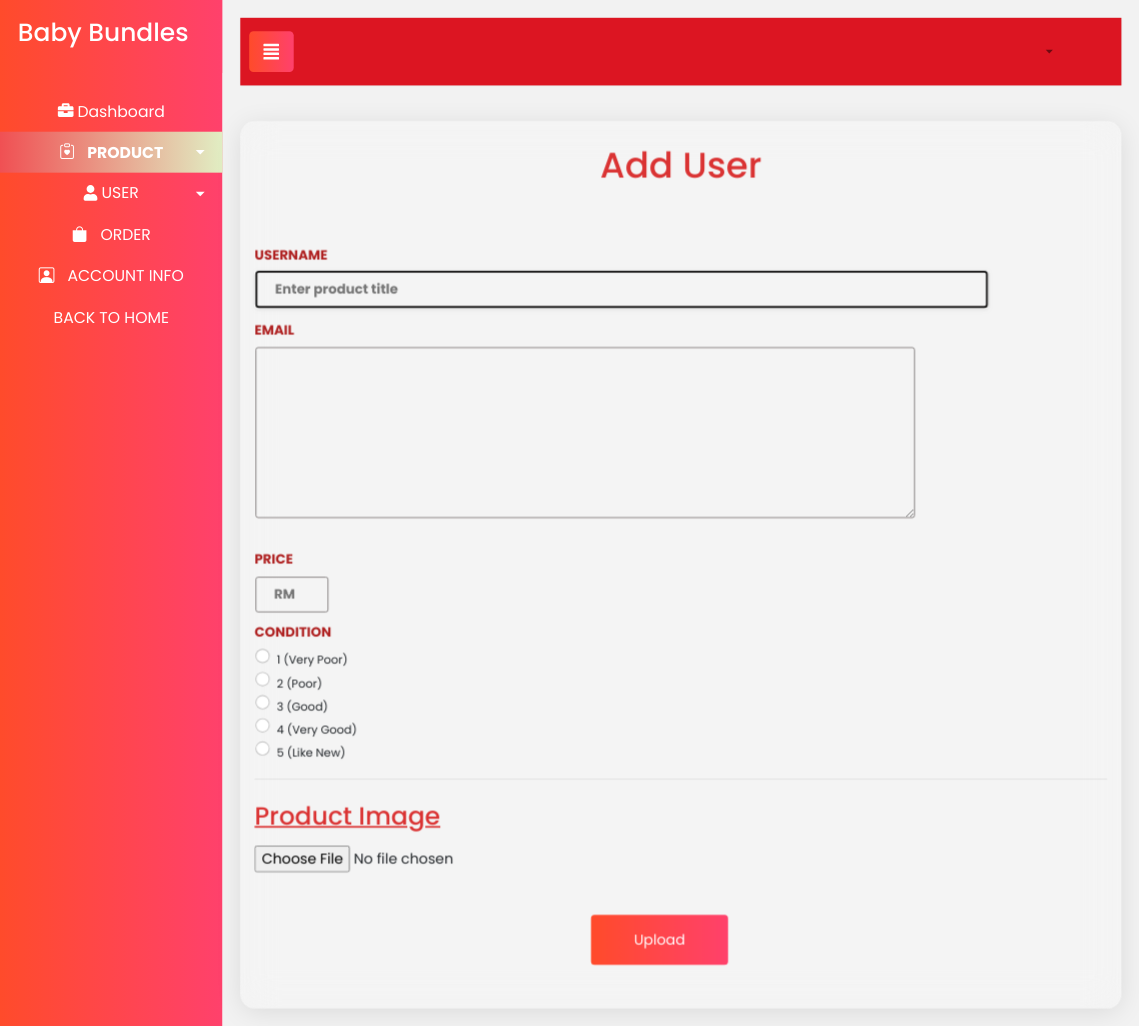
Repository: jiahow99/Baby-Bundles-University
Page: http://localhost/admin-adduser.php
These files come from the project's save history. The page is drawn as it stood at one moment and after the next save; the edit follows.
The browser window is 1280 px wide. The pictures show the whole page, at 89% of full size.
Some web libraries are served in a nearby version. The page is run by PHP 8.4 with error messages shown; the project is at /var/www/html/.

Above is the page before, as saved 2022-11-25 00:24:57.

### admin-adduser.php
<!DOCTYPE html>
<html>

<head>
    <meta charset="utf-8">
    <meta name="viewport" content="width=device-width, initial-scale=1.0">
    <meta http-equiv="X-UA-Compatible" content="IE=edge">

    <title>Admin-Product</title>

    <!-- Bootstrap CSS CDN -->
    <link rel="stylesheet" href="https://stackpath.bootstrapcdn.com/bootstrap/4.1.0/css/bootstrap.min.css" integrity="sha384-9gVQ4dYFwwWSjIDZnLEWnxCjeSWFphJiwGPXr1jddIhOegiu1FwO5qRGvFXOdJZ4" crossorigin="anonymous">
    <!-- Our Custom CSS -->
    <link rel="stylesheet" href="css/admin.style.css">

    <!-- Font Awesome JS -->
    <script defer src="https://use.fontawesome.com/releases/v5.0.13/js/solid.js" integrity="sha384-tzzSw1/Vo+0N5UhStP3bvwWPq+uvzCMfrN1fEFe+xBmv1C/AtVX5K0uZtmcHitFZ" crossorigin="anonymous"></script>
    <script defer src="https://use.fontawesome.com/releases/v5.0.13/js/fontawesome.js" integrity="sha384-6OIrr52G08NpOFSZdxxz1xdNSndlD4vdcf/q2myIUVO0VsqaGHJsB0RaBE01VTOY" crossorigin="anonymous"></script>
    <!-- Bootstrap Icon -->
    <link rel="stylesheet" href="https://cdn.jsdelivr.net/npm/bootstrap-icons@1.3.0/font/bootstrap-icons.css">
    <!-- JQuery -->
    <script src="https://code.jquery.com/jquery-3.5.1.min.js"></script>
    <!-- Bootstrap Icon -->
    <link rel="stylesheet" href="https://cdn.jsdelivr.net/npm/bootstrap-icons@1.9.1/font/bootstrap-icons.css" integrity="sha384-xeJqLiuOvjUBq3iGOjvSQSIlwrpqjSHXpduPd6rQpuiM3f5/ijby8pCsnbu5S81n" crossorigin="anonymous">
    <!-- JavaScript Bundle with Popper -->
    <script src="https://cdn.jsdelivr.net/npm/bootstrap@5.2.3/dist/js/bootstrap.bundle.min.js" integrity="sha384-kenU1KFdBIe4zVF0s0G1M5b4hcpxyD9F7jL+jjXkk+Q2h455rYXK/7HAuoJl+0I4" crossorigin="anonymous"></script>
    <link href="http://cdnjs.cloudflare.com/ajax/libs/font-awesome/4.3.0/css/font-awesome.css" rel="stylesheet"  type='text/css'>


</head>

<body>

    <div class="wrapper">
        <!-- Sidebar  -->
        <?php require 'admin-sidebar.php' ?>

        <!-- Page Content  -->
        <div id="content" style="background-color:#F2F2F2">
            <?php require 'admin-topnavbar.php' ?>

            <form class="container glass" id="edit-product">
                <div class="row justify-content-center mt-4 mb-3">
                   <h1 style="color:#da3333">Add User</h1>
                </div>
                <div class="row mt-5">
                    <label for="" class="name text-uppercase col-12">Username</label>
                    <input class="input--style-6 col-10 ml-3" type="text" name="title" placeholder="Enter product title" required autofocus>
                </div>

                <div class="row mb-4">
                    <label for="" class="name text-uppercase col-12">Email</label>
                    <textarea name="description" class="textarea--style-6 ml-3 col-9" id="" rows="5"></textarea>
                </div>

                <div class="row">
                    <label for="" class="name text-uppercase col-12">Price</label>
                    <input class="input--style-6 col-1 ml-3" type="text" name="title" placeholder="RM" required>
                </div>

                <div class="row">
                            <!-- Product Condition -->
                            <label for="" class="name text-uppercase col-12">Condition</label>
                                <div class="value ml-3">
                                    <div class="form-check form-check-inline">
                                        <input class="form-check-input" type="radio" name="condition" id="inlineRadio1" value="1">
                                        <label class="form-check-label small" for="inlineRadio1">1 (Very Poor)</label>
                                    </div>
                                    <div class="form-check form-check-inline">
                                        <input class="form-check-input" type="radio" name="condition" id="inlineRadio2" value="2">
                                        <label class="form-check-label small" for="inlineRadio2">2 (Poor)</label>
                                    </div>
                                    <div class="form-check form-check-inline">
                                        <input class="form-check-input" type="radio" name="condition" id="inlineRadio3" value="3">
                                        <label class="form-check-label small" for="inlineRadio3">3 (Good)</label>
                                    </div>
                                    <div class="form-check form-check-inline">
                                        <input class="form-check-input" type="radio" name="condition" id="inlineRadio4" value="4">
                                        <label class="form-check-label small" for="inlineRadio4">4 (Very Good)</label>
                                    </div>
                                    <div class="form-check form-check-inline">
                                        <input class="form-check-input" type="radio" name="condition" id="inlineRadio5" value="5">
                                        <label class="form-check-label small" for="inlineRadio5">5 (Like New)</label>
                                    </div>
                            </div>
                        </div>


                <hr>

                <h3 style="color:#da3333;text-decoration: underline;" class="mb-3 mt-4">Product Image</h3>
                <input type="file" name="image" id="">

                <div class="row justify-content-center my-5 ">
                    <button class="btn btn-primary px-5 py-3 mr-5" type="submit">Upload</button>
                </div>

            </form>
    </div>

    <!-- Popper.JS -->
    <script src="https://cdnjs.cloudflare.com/ajax/libs/popper.js/1.14.0/umd/popper.min.js" integrity="sha384-cs/chFZiN24E4KMATLdqdvsezGxaGsi4hLGOzlXwp5UZB1LY//20VyM2taTB4QvJ" crossorigin="anonymous"></script>
    <!-- Bootstrap JS -->
    <script src="https://stackpath.bootstrapcdn.com/bootstrap/4.1.0/js/bootstrap.min.js" integrity="sha384-uefMccjFJAIv6A+rW+L4AHf99KvxDjWSu1z9VI8SKNVmz4sk7buKt/6v9KI65qnm" crossorigin="anonymous"></script>

    <script type="text/javascript">
        $(document).ready(function () {
            $('#sidebarCollapse').on('click', function () {
                $('#sidebar').toggleClass('active');
                $('#dashboardlabel').toggleClass('d-none');
                $('#userlabel').toggleClass('d-none');
                $('#productlabel').toggleClass('d-none');
                $('#orderlabel').toggleClass('d-none');
                $('#accountlabel').toggleClass('d-none');
                $('#logoutlabel').toggleClass('d-none');
            });
        });
    </script>
</body>

</html>

### admin-sidebar.php
<!-- Sidebar  -->
<nav id="sidebar">
    <div class="sidebar-header">
        <h3>Baby Bundles</h3>
        <strong>BS</strong>
    </div>

    <ul class="list-unstyled components">
        <!-- Dashboard -->
        <li id="sidebar-dashboard">
            <a href="admin-dashboard.php">
                <i class="fas fa-briefcase"></i>
                <span id="dashboardlabel">Dashboard</span>
            </a>
        </li>
        <!-- Product -->
        <li id="sidebar-product">
            <a href="#homeSubmenu" data-toggle="collapse" aria-expanded="false" class="dropdown-toggle">
                <i class="bi bi-clipboard-heart"></i>
                <span id="productlabel">PRODUCT</span>
            </a>
            <ul class="collapse list-unstyled" id="homeSubmenu">
                <li>
                    <a href="admin-addproduct.php">ADD PRODUCT</a>
                </li>
                <li>
                    <a href="admin-viewproduct.php">DELETE PRODUCT</a>
                </li>
                <li>
                    <a href="admin-viewproduct.php">VIEW ALL</a>
                </li>
            </ul>
        </li>
        <!-- User -->
        <li id="sidebar-user">
            <a href="#pageSubmenu" data-toggle="collapse" aria-expanded="false" class="dropdown-toggle">
            <i class="fas fa-solid fa-user"></i>
                <span id="userlabel">USER</span>
            </a>
            <ul class="collapse list-unstyled" id="pageSubmenu">
                <li>
                    <a href="admin-viewuser.php">DELETE USER</a>
                </li>
                <li>
                    <a href="admin-viewuser.php">VIEW USERS</a>
                </li>
            </ul>
        </li>
        <!-- Order -->
        <li id="sidebar-order">
            <a href="admin-vieworder.php">
            <i class="bi bi-bag-fill"></i>
                <span id="orderlabel">ORDER</span>
            </a>
        </li>
        <!-- Account Info -->
        <li>
            <a href="account-info.php">
                <i class="bi bi-person-square"></i>
                <span id="accountlabel">ACCOUNT INFO</span>
            </a>
        </li>
        <!-- Back to home -->
        <li>
            <a href="index.php">
                <span id="logoutlabel">BACK TO HOME</span>
            </a>
        </li>
    </ul>
</nav>

<script>

  // Add 'active' class to navigation
  function activeNav(id){
    var nav = document.getElementById(id);
    nav.classList.add('active');
  }

  var title = document.title;

  switch(title){
    case 'Admin-Product':
      activeNav('sidebar-product');
      break;
    case 'Admin-User':
      activeNav('sidebar-user');
      break;
    case 'Admin-Order':
      activeNav('sidebar-order');
      break;
    case 'Admin-Dashboard':
      activeNav('sidebar-dashboard');
      break;
  }
</script>

### admin-topnavbar.php
<nav class="navbar navbar-expand-lg navbar-light bg-admin">
    <div class="container-fluid pl-0">

        <button type="button" id="sidebarCollapse" class="btn-lg btn-primary">
            <i class="fas fa-align-justify"></i>
            <!-- <span>Toggle Sidebar</span> -->
        </button>
        <button class="btn btn-dark d-inline-block d-lg-none ml-auto" type="button" data-toggle="collapse" data-target="#navbarSupportedContent" aria-controls="navbarSupportedContent" aria-expanded="false" aria-label="Toggle navigation">
            <i class="fas fa-align-justify"></i>
        </button>

        <div class="collapse navbar-collapse" id="navbarSupportedContent">
            <ul class="nav navbar-nav ml-auto">
                <li class="nav-item dropdown mx-lg-3 col-2 col-lg-1" >
                    <a href="#" class="nav-link dropdown-toggle user-account text-black" id="userDropdownMenuLink" data-bs-toggle="dropdown" aria-haspopup="true" aria-expanded="false">
                    <?php
                    // Username
                    if(isset($_COOKIE['username'])){
                        echo $_COOKIE['username'];
                    }
                    ?>
                    </a>
                    <div class="dropdown-menu text-sm " aria-labelledby="userDropdownMenuLink">
                        <a href="account-info.php" class="dropdown-item">Account</a>
                        <a href="index.php" class="dropdown-item">Back to home</a>
                        <a href="logout.php" class="dropdown-item">Logout</a>
                    </div>
                </li>
            </ul>
        </div>
    </div>
</nav>

### css/admin.style.css
/*
    DEMO STYLE
*/

@import "https://fonts.googleapis.com/css?family=Poppins:300,400,500,600,700";

body {
    font-family: 'Poppins', sans-serif;
    background: #fafafa;
}

p {
    font-family: 'Poppins', sans-serif;
    font-size: 1.1em;
    font-weight: 300;
    line-height: 1.7em;
    color: #999;
}

a,
a:hover,
a:focus {
    color: inherit;
    text-decoration: none;
    transition: all 0.3s;
}

.navbar {
    padding: 15px 10px;
    background: #fff;
    border: none;
    border-radius: 0;
    margin-bottom: 40px;
    box-shadow: 1px 1px 3px rgba(0, 0, 0, 0.1);
}

.navbar-btn {
    box-shadow: none;
    outline: none !important;
    border: none;
}

.line {
    width: 100%;
    height: 1px;
    border-bottom: 1px dashed #ddd;
    margin: 40px 0;
}

i,
span {
    display: inline-block;
}

/* ---------------------------------------------------
    SIDEBAR STYLE
----------------------------------------------------- */

.wrapper {
    display: flex;
    align-items: stretch;
}

#sidebar {
    min-width: 250px;
    max-width: 250px;
    background: #FF416C;  /* fallback for old browsers */
    background: -webkit-linear-gradient(to right, #FF4B2B, #FF416C);  /* Chrome 10-25, Safari 5.1-6 */
    background: linear-gradient(to right, #FF4B2B, #FF416C); /* W3C, IE 10+/ Edge, Firefox 16+, Chrome 26+, Opera 12+, Safari 7+ */
    color: #fff;
    transition: all 0.3s;
}

#sidebar.active {
    min-width: 80px;
    max-width: 80px;
    text-align: center;
}

#sidebar.active .sidebar-header h3,
#sidebar.active .CTAs {
    display: none;
}

#sidebar.active .sidebar-header strong {
    display: block;
}

#sidebar ul li a {
    text-align: left;
}

#sidebar.active ul li a {
    padding: 20px 10px;
    text-align: center;
    font-size: 0.85em;
}

#sidebar.active ul li a i {
    margin-right: 0;
    display: block;
    font-size: 1.8em;
    margin-bottom: 5px;
}

#sidebar.active ul ul a {
    padding: 10px !important;
}

#sidebar.active .dropdown-toggle::after {
    top: auto;
    bottom: 10px;
    right: 50%;
    -webkit-transform: translateX(50%);
    -ms-transform: translateX(50%);
    transform: translateX(50%);
}

#sidebar .sidebar-header {
    padding: 20px;
    background: #FF416C;  /* fallback for old browsers */
    background: -webkit-linear-gradient(to right, #FF4B2B, #FF416C);  /* Chrome 10-25, Safari 5.1-6 */
    background: linear-gradient(to right, #FF4B2B, #FF416C); /* W3C, IE 10+/ Edge, Firefox 16+, Chrome 26+, Opera 12+, Safari 7+ */
}

#sidebar .sidebar-header strong {
    display: none;
    font-size: 1.8em;
}

#sidebar ul.components {
    padding: 20px 0;
}

#sidebar ul li a {
    padding: 10px;
    font-size: 1.1em;
    display: block;
    text-align: center;
}

#sidebar ul li a:hover {
    color: #dc1522;
    background: #fff;
    font-weight: bolder;
}

#sidebar ul li a i {
    margin-right: 10px;
}

#sidebar ul li.active>a,
a[aria-expanded="true"] {
    color: #fff;
    background: #e1eec3;  /* fallback for old browsers */
    background: -webkit-linear-gradient(to right, #f05053, #e1eec3);  /* Chrome 10-25, Safari 5.1-6 */
    background: linear-gradient(to right, #f05053, #e1eec3); /* W3C, IE 10+/ Edge, Firefox 16+, Chrome 26+, Opera 12+, Safari 7+ */
    font-weight: bolder;
}

a[data-toggle="collapse"] {
    position: relative;
}

.dropdown-toggle::after {
    display: block;
    position: absolute;
    top: 50%;
    right: 20px;
    transform: translateY(-50%);
}

ul ul a {
    font-size: 0.9em !important;
    padding-left: 30px !important;
    background: #6d7fcc;
}

ul.CTAs {
    padding: 20px;
}

ul.CTAs a {
    text-align: center;
    font-size: 0.9em !important;
    display: block;
    border-radius: 5px;
    margin-bottom: 5px;
}

a.download {
    background: #fff;
    color: #7386D5;
}

a.article,
a.article:hover {
    background: #6d7fcc !important;
    color: #fff !important;
}

/* ---------------------------------------------------
    CONTENT STYLE
----------------------------------------------------- */

#content {
    width: 100%;
    padding: 20px;
    min-height: 100vh;
    transition: all 0.3s;
}

/* ---------------------------------------------------
    MEDIAQUERIES
----------------------------------------------------- */

@media (max-width: 768px) {
    #sidebar {
        min-width: 80px;
        max-width: 80px;
        text-align: center;
        margin-left: -80px !important;
    }
    .dropdown-toggle::after {
        top: auto;
        bottom: 10px;
        right: 50%;
        -webkit-transform: translateX(50%);
        -ms-transform: translateX(50%);
        transform: translateX(50%);
    }
    #sidebar.active {
        margin-left: 0 !important;
    }
    #sidebar .sidebar-header h3,
    #sidebar .CTAs {
        display: none;
    }
    #sidebar .sidebar-header strong {
        display: block;
    }
    #sidebar ul li a {
        padding: 20px 10px;
    }
    #sidebar ul li a span {
        font-size: 0.85em;
    }
    #sidebar ul li a i {
        margin-right: 0;
        display: block;
    }
    #sidebar ul ul a {
        padding: 10px !important;
    }
    #sidebar ul li a i {
        font-size: 1.3em;
    }
    #sidebar {
        margin-left: 0;
    }
    #sidebarCollapse span {
        display: none;
    }
}

#homeSubmenu li a,#pageSubmenu li a{
    background: #ED213A;  /* fallback for old browsers */
    background: -webkit-linear-gradient(to right, #93291E, #ED213A);  /* Chrome 10-25, Safari 5.1-6 */
    background: linear-gradient(to right, #93291E, #ED213A); /* W3C, IE 10+/ Edge, Firefox 16+, Chrome 26+, Opera 12+, Safari 7+ */



}

.btn-primary{
    background: #FF416C;  /* fallback for old browsers */
    background: -webkit-linear-gradient(to right, #FF4B2B, #FF416C);  /* Chrome 10-25, Safari 5.1-6 */
    background: linear-gradient(to right, #FF4B2B, #FF416C); /* W3C, IE 10+/ Edge, Firefox 16+, Chrome 26+, Opera 12+, Safari 7+ */
    border: 0;
    cursor: pointer;
}

.glass{
/* From https://css.glass */
background: rgba(255, 255, 255, 0.18);
border-radius: 16px;
box-shadow: 0 4px 30px rgba(0, 0, 0, 0.1);
backdrop-filter: blur(20px);
-webkit-backdrop-filter: blur(20px);
border: 1px solid rgba(255, 255, 255, 0.13);
}

.input--style-6, .textarea--style-6 {
    background: transparent;
    line-height: 38px;
    border: 1px solid #7b7676;
    -webkit-border-radius: 3px;
    -moz-border-radius: 3px;
    border-radius: 3px;
    color: #666;
    font-size: 15px;
    font-weight: bold;
    -webkit-transition: all 0.4s ease;
    -o-transition: all 0.4s ease;
    -moz-transition: all 0.4s ease;
    transition: all 0.4s ease;
    padding: 0 20px;
}

.input--style-6:focus,
.textarea--style-6:focus {
  -webkit-box-shadow: 0px 1px 5px 0px rgba(0, 0, 0, 0.15);
  -moz-box-shadow: 0px 1px 5px 0px rgba(0, 0, 0, 0.15);
  box-shadow: 0px 1px 5px 0px rgba(0, 0, 0, 0.15);
  -webkit-transform: translateY(-3px);
  -moz-transform: translateY(-3px);
  -ms-transform: translateY(-3px);
  -o-transform: translateY(-3px);
  transform: translateY(-3px);
  border: 2px solid #7b7676;

}

.name{
    width: 188px;
  color: rgb(175, 33, 33);
  font-size: 15px;
  font-weight: 700;
  margin-top: 11px;
  font-family: "Poppins", sans-serif;
}

.form-check {
    display: block;
    min-height: 1.5rem;
    padding-left: 1.5em;
    margin-bottom: 0.125rem;
}

.form-check .form-check-input {
float: left;
margin-left: -1.5em;
}

.form-check-input {
width: 1em;
height: 1em;
margin-top: 0.25em;
vertical-align: top;
background-color: #fff;
background-repeat: no-repeat;
background-position: center;
background-size: contain;
border: 1px solid rgba(0, 0, 0, 0.25);
-webkit-appearance: none;
-moz-appearance: none;
appearance: none;
-webkit-print-color-adjust: exact;
color-adjust: exact;
}

.form-check-input[type="checkbox"] {
border-radius: 0.25em;
}

.form-check-input[type="radio"] {
border-radius: 50%;
}

.form-check-input:active {
filter: brightness(90%);
}

.form-check-input:focus {
border-color: #ed9999;
outline: 0;
box-shadow: 0 0 0 0.25rem rgba(218, 51, 51, 0.25);
}

.form-check-input:checked {
background-color: #da3333;
border-color: #da3333;
}

.form-check-input:checked[type="checkbox"] {
background-image: url("data:[embedded picture, 214 characters]");
}

.form-check-input:checked[type="radio"] {
background-image: url("data:[embedded picture, 126 characters]");
}

.form-check-input[type="checkbox"]:indeterminate {
background-color: #da3333;
border-color: #da3333;
background-image: url("data:[embedded picture, 208 characters]");
}

.form-check-input:disabled {
pointer-events: none;
filter: none;
opacity: 0.5;
}

.form-check-input[disabled] ~ .form-check-label, .form-check-input:disabled ~ .form-check-label {
opacity: 0.5;
}

.form-switch {
padding-left: 2.5em;
}

.form-switch .form-check-input {
width: 2em;
margin-left: -2.5em;
background-image: url("data:[embedded picture, 143 characters]");
background-position: left center;
border-radius: 2em;
transition: background-position 0.15s ease-in-out;
}

.user{
    color: black;
    font-weight: bold;
}

.user-row{
    border: 1px solid black;
}

.bg-admin{
    background-color: #dc1522;
}

After the next save:
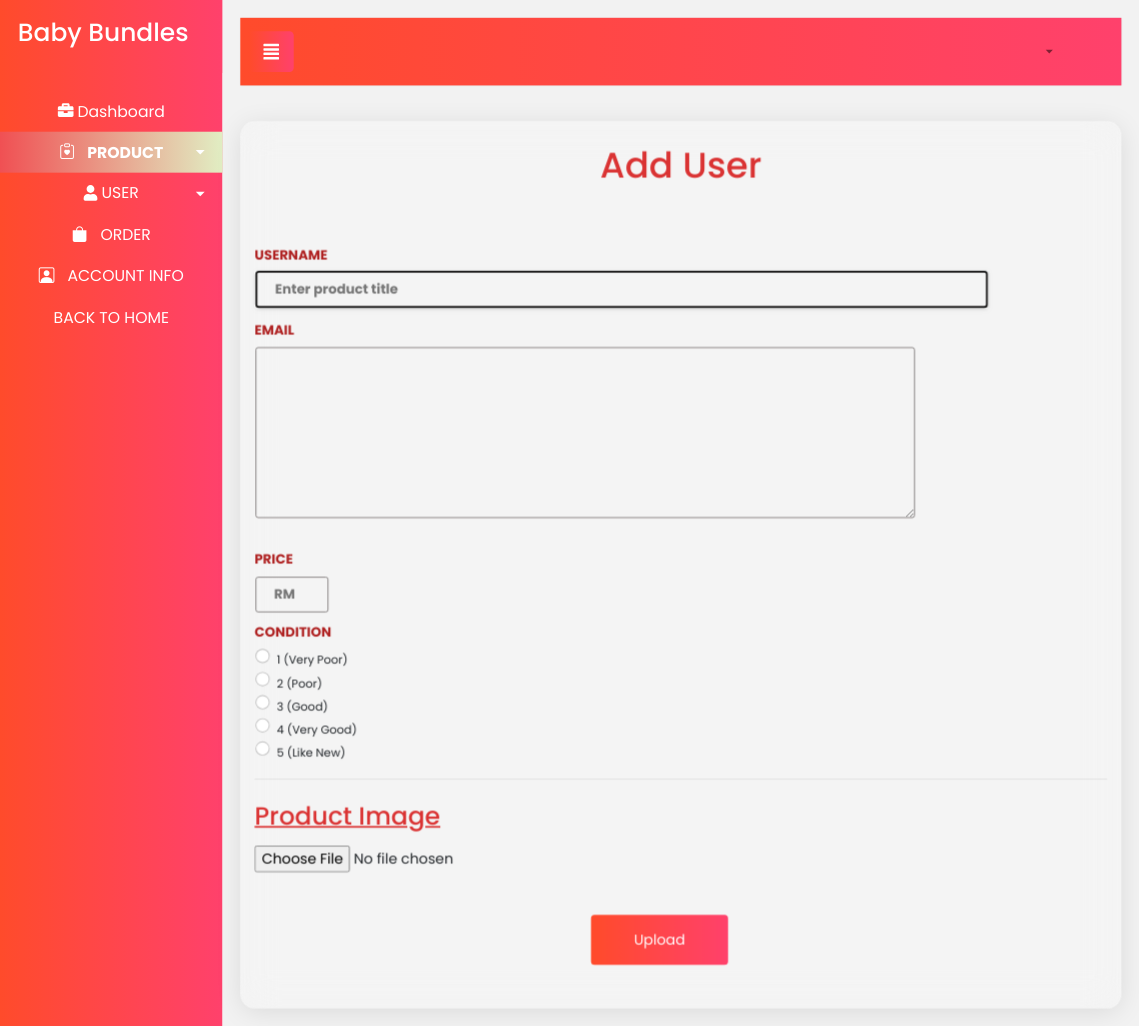
Saved 61 s later.
--- a/css/admin.style.css
+++ b/css/admin.style.css
@@ -429,5 +429,5 @@ transition: background-position 0.15s ease-in-out;
 }
 
 .bg-admin{
-    background-color: #dc1522;
-}
+    background: linear-gradient(to right, #FF4B2B, #FF416C);
+}
